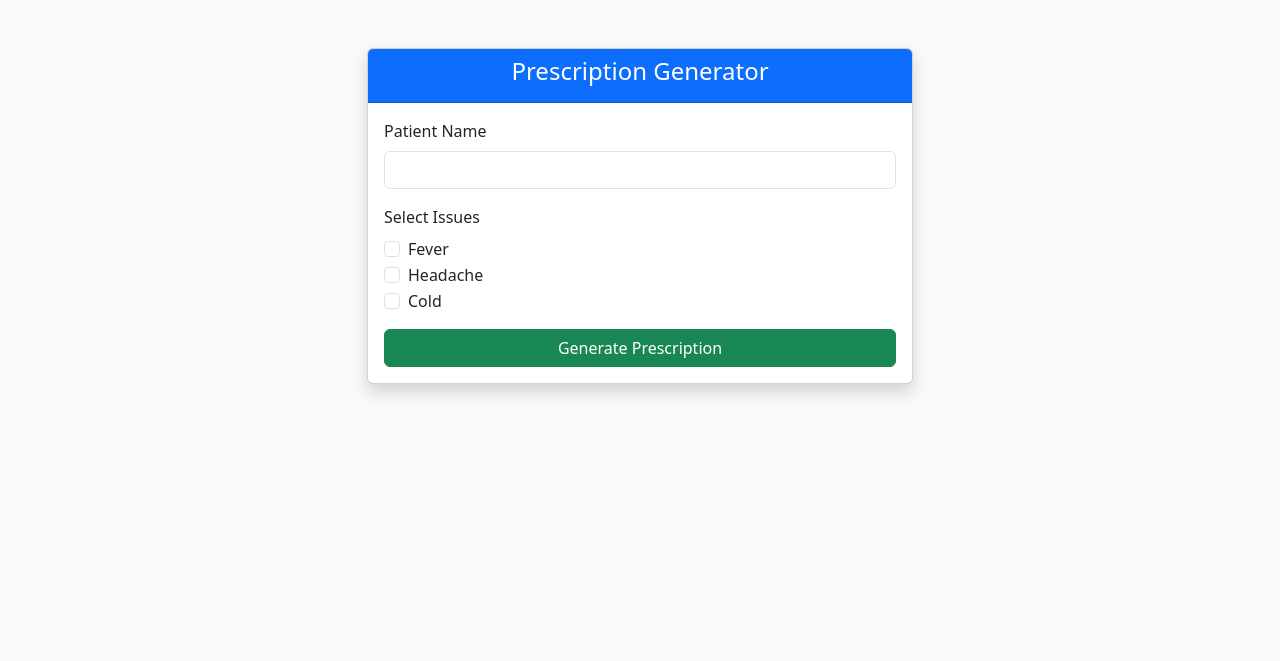
Repository: Rajasekaran0415/LifeCare-Management-System
Page: Project/prescription.html
An editor plug-in stored every save of this project. The page is shown before and after the next save, followed by the edit.
The browser window is 1280 px wide. The pictures show the whole page.

Above is the page before, as saved 2026-01-20 20:24:41.
Console error: TypeError: Cannot read properties of null (reading 'addEventListener')

### Project/prescription.html
<!DOCTYPE html>
<html lang="en">
<head>
    <meta charset="UTF-8">
    <title>Online Prescription</title>
    <meta name="viewport" content="width=device-width, initial-scale=1">
    <link href="https://cdn.jsdelivr.net/npm/bootstrap@5.3.3/dist/css/bootstrap.min.css" rel="stylesheet">
</head>
<body class="bg-light">

<div class="container mt-5">
    <div class="row justify-content-center">
        <div class="col-md-6">

            <div class="card shadow">
                <div class="card-header bg-primary text-white text-center">
                    <h4>Prescription Generator</h4>
                </div>

                <div class="card-body">
                    <form id="issueForm-label">


                        <div class="mb-3">
                            <label class="form-label">Patient Name</label>
                            <input type="text" class="form-control" id="name" required>
                        </div>


                        <div class="mb-3">
                            <label class="form-label">Select Issues</label>

                            <div class="form-check">
                                <input class="form-check-input" type="checkbox" value="Fever" id="fever">
                                <label class="form-check-label">Fever</label>
                            </div>

                            <div class="form-check">
                                <input class="form-check-input" type="checkbox" value="Headache" id="headache">
                                <label class="form-check-label">Headache</label>
                            </div>

                            <div class="form-check">
                                <input class="form-check-input" type="checkbox" value="Cold" id="cold">
                                <label class="form-check-label">Cold</label>
                            </div>

                        </div>


                        <button type="submit" class="btn btn-success w-100">
                            Generate Prescription
                        </button>
                    </form>
                </div>
            </div>


        </div>
    </div>
</div>

<script>
document.getElementById("issueForm").addEventListener("submit", function(e) {
    e.preventDefault();

    let issues = [];
    if (fever.checked) issues.push("Fever");
    if (headache.checked) issues.push("Headache");
    if (cold.checked) issues.push("Cold");

    const data = {
        name: document.getElementById("name").value,
        issues: issues
    };

    fetch("http://localhost:8080/prescription/", {
        method: "POST",
        headers: { "Content-Type": "application/json" },
        body: JSON.stringify(data)
    })
    .then(res => res.blob())
    .then(img => {
        const url = URL.createObjectURL(img);
        const imgTag = document.getElementById("prescriptionImg");
        imgTag.src = url;
        imgTag.classList.remove("d-none");
    });
});
</script>

</body>
</html>

After the next save:
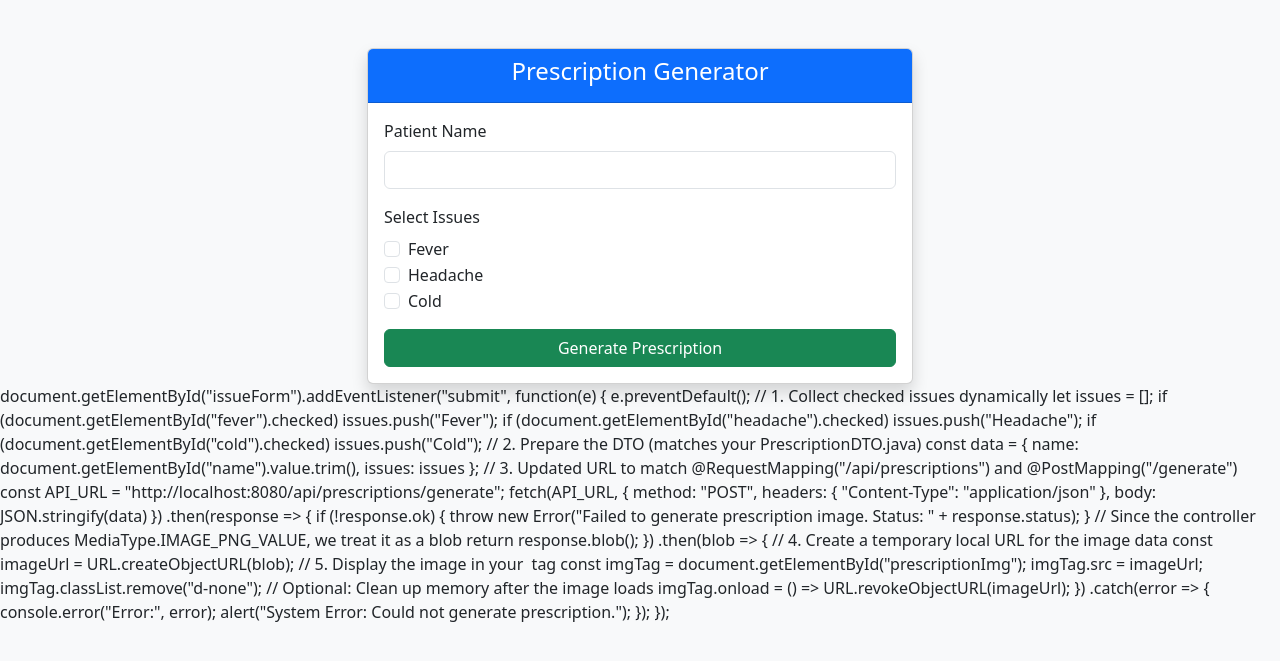
The error is gone.
Saved 2 min 52 s later.
--- a/Project/prescription.html
+++ b/Project/prescription.html
@@ -60,34 +60,55 @@
     </div>
 </div>
 
-<script>
 document.getElementById("issueForm").addEventListener("submit", function(e) {
     e.preventDefault();
 
+    // 1. Collect checked issues dynamically
     let issues = [];
-    if (fever.checked) issues.push("Fever");
-    if (headache.checked) issues.push("Headache");
-    if (cold.checked) issues.push("Cold");
+    if (document.getElementById("fever").checked) issues.push("Fever");
+    if (document.getElementById("headache").checked) issues.push("Headache");
+    if (document.getElementById("cold").checked) issues.push("Cold");
 
+    // 2. Prepare the DTO (matches your PrescriptionDTO.java)
     const data = {
-        name: document.getElementById("name").value,
+        name: document.getElementById("name").value.trim(),
         issues: issues
     };
 
-    fetch("http://localhost:8080/prescription/", {
+    // 3. Updated URL to match @RequestMapping("/api/prescriptions") and @PostMapping("/generate")
+    const API_URL = "http://localhost:8080/api/prescriptions/generate";
+
+    fetch(API_URL, {
         method: "POST",
-        headers: { "Content-Type": "application/json" },
+        headers: {
+            "Content-Type": "application/json"
+        },
         body: JSON.stringify(data)
     })
-    .then(res => res.blob())
-    .then(img => {
-        const url = URL.createObjectURL(img);
+    .then(response => {
+        if (!response.ok) {
+            throw new Error("Failed to generate prescription image. Status: " + response.status);
+        }
+        // Since the controller produces MediaType.IMAGE_PNG_VALUE, we treat it as a blob
+        return response.blob();
+    })
+    .then(blob => {
+        // 4. Create a temporary local URL for the image data
+        const imageUrl = URL.createObjectURL(blob);
+
+        // 5. Display the image in your <img> tag
         const imgTag = document.getElementById("prescriptionImg");
-        imgTag.src = url;
+        imgTag.src = imageUrl;
         imgTag.classList.remove("d-none");
+
+        // Optional: Clean up memory after the image loads
+        imgTag.onload = () => URL.revokeObjectURL(imageUrl);
+    })
+    .catch(error => {
+        console.error("Error:", error);
+        alert("System Error: Could not generate prescription.");
     });
 });
-</script>
 
 </body>
 </html>
